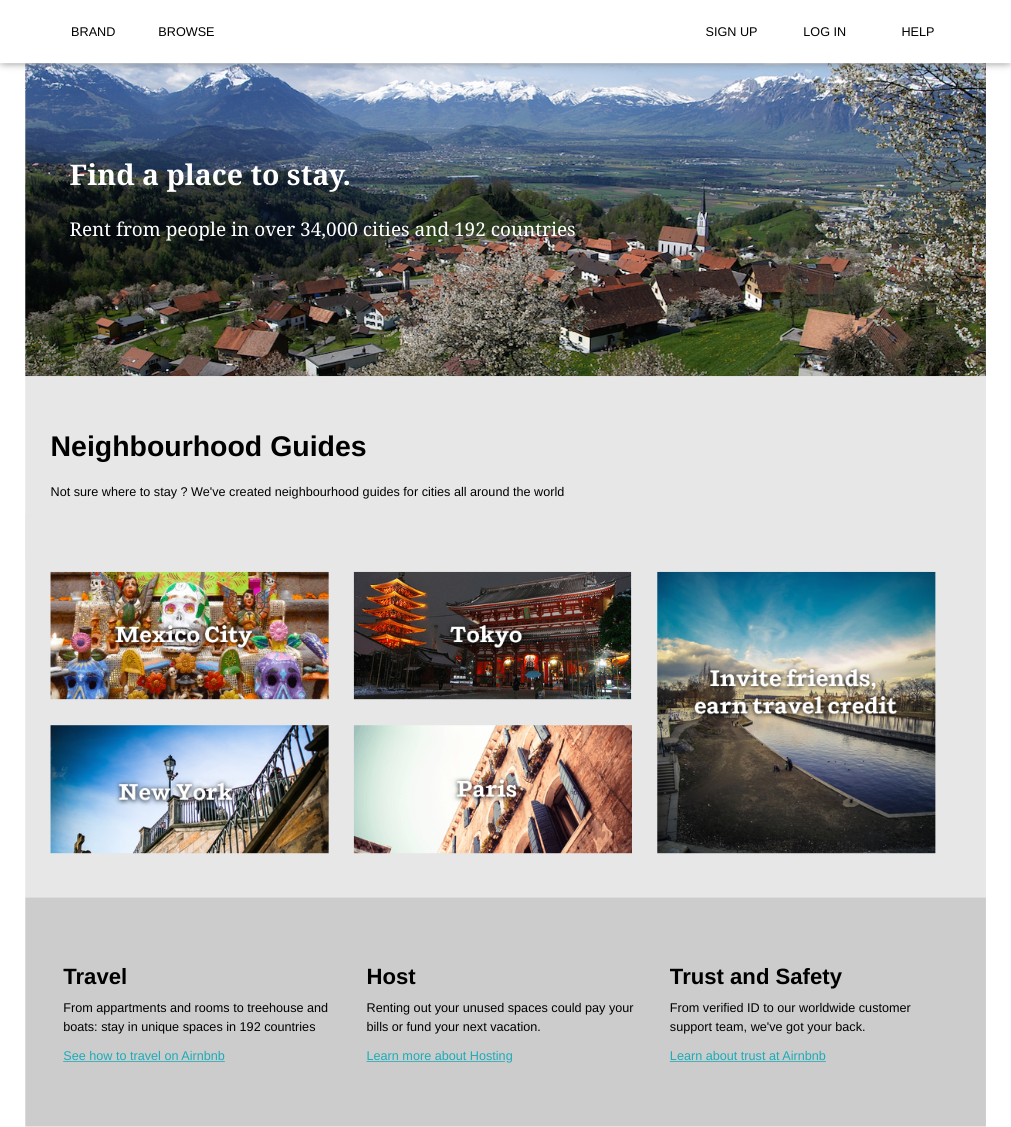
Repository: Naohonproject/web101x02-asm3
Page: Project3.html
The author's editor kept a copy of each file at every save. The page is drawn from the files as they stood at one save, then again after the next save.
The browser window is 1280 px wide. The pictures show the whole page, at 79% of full size.

Above is the page before, as saved 2022-01-22 21:37:44.

### Project3.html
<!-- @format -->

<!DOCTYPE html>
<html lang="en">
	<head>
		<meta charset="UTF-8" />
		<meta http-equiv="X-UA-Compatible" content="IE=edge" />
		<meta name="viewport" content="width=device-width, initial-scale=1.0" />
		<link rel="stylesheet" href="./assets/css/general.css" />
		<link rel="stylesheet" href="./assets/css/mobile.css" />
		<link rel="stylesheet" href="/assets/css/tablet.css" />
		<title>Home</title>
		<link rel="stylesheet" href="./assets/css/desktop.css" />
		<link rel="stylesheet" href="/assets/css/landding.css" />
	</head>
	<body id="web-container">
		<header id="header">
			<div class="header-wrapper">
				<div class="nav-bar">
					<div class="left-col">
						<div class="nav-item ml">
							<a href="#">Brand</a>
						</div>

						<div class="nav-item ml">
							<a href="#">Browse</a>
						</div>
					</div>

					<div class="right-col">
						<div class="nav-item ml">
							<a href="Signup.html" target="_blank">Sign Up</a>
						</div>

						<div class="nav-item ml">
							<a href="login.html" target="_blank">Log In</a>
						</div>

						<div class="nav-item ml mr">
							<a href="#" target="_blank">Help</a>
						</div>
					</div>
				</div>
			</div>
		</header>

		<div id="main" class="p-32">
			<div id="banner">
				<div class="banner-wrapper">
					<div class="content-heading">
						<h1 class="bold-text white-text">Find a place to stay.</h1>
					</div>
					<div class="content-desc">
						<p class="white-text">
							Rent from people in over 34,000 cities and 192 countries
						</p>
					</div>
				</div>
			</div>

			<div id="section">
				<div class="section-wrapper">
					<div class="section-heading">
						<h2 class="bold-text">Neighbourhood Guides</h2>
					</div>
					<div class="section-desc">
						<p>
							Not sure where to stay ? We've created neighbourhood guides for
							cities all around the world
						</p>
					</div>
				</div>
			</div>

			<div id="img-list">
				<div class="img-list-wrapper row">
					<div class="image-block col-tablet-6 col-desktop-4">
						<img
							src="./assets/img/web101x-Mexico City.png"
							alt="Mexico City"
							width="360"
						/>
						<img
							src="./assets/img/web101x-New York.png"
							alt="New York City"
							width="360"
						/>
					</div>
					<div class="image-block col-tablet-6 col-desktop-4">
						<img
							src="./assets/img/web101x-Tokyo.png"
							alt="Tokyo City"
							width="360"
						/>
						<img
							src="./assets/img/web101x-Paris.png"
							alt="Paris City"
							width="360"
						/>
					</div>
					<div class="image-block col-tablet-6 col-desktop-4">
						<img
							src="./assets/img/web101x-Invitation.png"
							alt="Invitation image"
							width="360"
						/>
					</div>
				</div>
			</div>
		</div>

		<footer id="footer" class="p-32">
			<div class="footer-wrapper row">
				<div class="footer-block col-desktop-4">
					<h3 class="bold-text">Travel</h3>
					<p>
						From appartments and rooms to treehouse and boats: stay in unique
						spaces in 192 countries
					</p>
					<a href="#">See how to travel on Airnbnb</a>
				</div>

				<div class="footer-block col-desktop-4">
					<h3 class="bold-text">Host</h3>
					<p>
						Renting out your unused spaces could pay your bills or fund your
						next vacation.
					</p>
					<a href="#">Learn more about Hosting</a>
				</div>

				<div class="footer-block col-desktop-4">
					<h3 class="bold-text">Trust and Safety</h3>
					<p>
						From verified ID to our worldwide customer support team, we've got
						your back.
					</p>
					<a href="#">Learn about trust at Airnbnb</a>
				</div>
			</div>
		</footer>
	</body>
</html>

### assets/css/general.css
/**
 *
 * @format
 */

/* take a step to reset all the element in the webpage to be able to control the size of the all boxes*/

*,
::before,
::after {
	padding: 0;
	margin: 0;
	box-sizing: border-box;
	list-style-type: none;
	text-decoration: none;
	color: #000;
}

/* set common properties of the webpage */
html {
	font-family: "Helvetica Neue", Helvetica, Arial;
	scroll-behavior: smooth;
	overflow: scroll;
}

/* to set color and make all anchor elements to be uppercase*/
.nav-bar a {
	color: #fff;
	text-transform: uppercase;
}

/* to set how the images in the page to be shaked when user's cursor hover over it*/

img:hover {
	animation: shake 0.8s;
	animation-iteration-count: infinite;
}

/* define rule for animation, it's called "shake" animation*/
@keyframes shake {
	0% {
		transform: translate(1px, 1px) rotate(0deg);
	}
	10% {
		transform: translate(-1px, -2px) rotate(-1deg);
	}
	20% {
		transform: translate(-3px, 0px) rotate(1deg);
	}
	30% {
		transform: translate(3px, 2px) rotate(0deg);
	}
	40% {
		transform: translate(1px, -1px) rotate(1deg);
	}
	50% {
		transform: translate(-1px, 2px) rotate(-1deg);
	}
	60% {
		transform: translate(-3px, 1px) rotate(0deg);
	}
	70% {
		transform: translate(3px, 1px) rotate(-1deg);
	}
	80% {
		transform: translate(-1px, -1px) rotate(1deg);
	}
	90% {
		transform: translate(1px, 2px) rotate(0deg);
	}
	100% {
		transform: translate(1px, -2px) rotate(-1deg);
	}
}

/* to set the big and bold text */
.bold-text {
	font-size: 36px;
	font-weight: bold;
}

### assets/css/mobile.css
/** @format */

/* =====Flow the rule: Mobile first */

/* ======start to make web stite with moblile interface */

/* margin left 10 */
.ml {
	margin-left: 10px;
}
/* margin right 10 */
.mr {
	margin-right: 10px;
}

/* defiding the row , that will contains the collunms that will divide the layout into the number of box, flex-direction is used to set the direction of the children to be flexed,flex-wrap tells browser how to react when not enough space to set children in one line*/
.row {
	display: flex;
	flex-direction: row;
	flex-wrap: wrap;
}

/* to set the default children as 100% of parent's width  */
.row > * {
	width: 100%;
	max-width: 100%;
	flex-shrink: 0;
}

/* =====set the mobile grid collunm */
.col-1 {
	width: 8.33%;
}
.col-2 {
	width: 16.66%;
}
.col-3 {
	width: 25%;
}
.col-4 {
	width: 33.33%;
}
.col-5 {
	width: 41.66%;
}
.col-6 {
	width: 50%;
}
.col-7 {
	width: 58.33%;
}
.col-8 {
	width: 66.66%;
}
.col-9 {
	width: 75%;
}
.col-10 {
	width: 83.33%;
}
.col-11 {
	width: 91.66%;
}
.col-12 {
	width: 100%;
}

/* styling header's website that fixed the header on the top of the page, and upper of every layer in the page */
#header {
	width: 100%;
	height: 80px;
	background-color: #60646d;
	background-clip: border-box;
	position: fixed;
	left: 0;
	top: 0;
	z-index: 1;
}

/* styling navigation for the page */
.nav-bar {
	display: flex;
	flex-direction: row;
	flex-wrap: no-wrap;
	align-items: center;
	justify-content: space-evenly;
	padding: 0 20px;
}

/* styling and add the animation for each note in navigation bar */

#header .nav-item {
	width: 80px;
	height: 80px;
	padding: 32px 0;
	text-align: center;
	transition: all 1s;
}

/* defining how the each of navigation item how to react when user's cursor hover over */
#header .nav-item:hover {
	background-color: #f7e999;
	cursor: pointer;
	transform: scale(1.1);
}

/* to define position of navigation's group , this is left group , that has 2 chirdren so, it will grow in 2/5 of available sapce in navigation bar* */
.left-col {
	display: flex;
	flex: 2;
	flex-direction: row;
	justify-content: space-around;
	align-items: center;
}

/* to define position of navigation's group , this is right group, that has 3 chirdren so, it will grow in 3/5 of available sapce in navigation bar*/
.right-col {
	display: flex;
	flex: 3;
	flex-direction: row;
	justify-content: space-around;
	align-items: center;
}

/* because header position is set to fixed ,so that it's floating out of the nomal flow of webpage,then the next one will takes place.We needs to set margin top for the next one(main) to pull them down a distance equal to the height of header to avoid header overlaps it. */

#main {
	margin-top: 80px;
}

/* to set the negative space for the content of the website*/
#main,
#footer {
	padding: 32px;
}

/* styling the banner and set it's position to relative to then be able to set it's children to absolute position*/
#banner {
	width: 100%;
	background-color: #fff;
	color: #000;
	position: relative;
	top: 0;
	left: 0;
}

/* use attribute selector to style the element, this code will take all the element whose owns the class with the content inside of "" within */

div[class*="-heading"] {
	padding-top: 36px;
}

div[class*="-desc"] {
	margin-top: 16px;
}

/* to set margin top for section div to be 42px */
#section {
	margin-top: 42px;
}

#img-list {
	width: 100%;
}

.img-list-wrapper {
	padding: 24px 0;
	margin: 0 auto;
}

/* to set width for all image inside of div with id = "img-list, by default images not fit to their parent's width*/
#img-list img {
	width: 100%;
	margin-top: 56px;
}

/* to define padding for each of footer block*/
.footer-block {
	padding: 24px 0;
}

/* to set padding for all the element that is children of footer block*/

.footer-block > * {
	padding: 16px 0;
}

/* to set the anchor element inside of footer to have color and underline */
#footer a {
	color: #2cc990;
	text-decoration: underline;
}

### assets/css/tablet.css
/**
 * /*
 *
 * @format
 */

/* ========responsive for tablet============== */

@media screen and (min-width: 768px) {
	#header {
		background-color: #60646d;
	}

	.nav-bar {
		padding: 0 28px;
	}

	#header .nav-item {
		width: 80px;
		transition: all 1s;
	}

	#header .nav-item:hover {
		background-color: #27ae60;
		cursor: pointer;
		transform: scale(1.1);
	}

	.left-col {
		justify-content: flex-start;
	}

	.right-col {
		justify-content: flex-end;
	}

	.ml {
		margin-left: 14px;
	}

	.mr {
		margin-right: 14px;
	}

	.img-list-wrapper {
		margin: 0 -24px;
	}

	/* define collumn for the page in case resolution of tablet */

	.col-tablet-1 {
		width: 8.33%;
	}
	.col-tablet-2 {
		width: 16.66%;
	}
	.col-tablet-3 {
		width: 25%;
	}
	.col-tablet-4 {
		width: 33.33%;
	}
	.col-tablet-5 {
		width: 41.66%;
	}
	.col-tablet-6 {
		width: 50%;
		padding: 0 24px;
	}
	.col-tablet-7 {
		width: 58.33%;
	}
	.col-tablet-8 {
		width: 66.66%;
	}
	.col-tablet-9 {
		width: 75%;
	}
	.col-tablet-10 {
		width: 83.33%;
	}
	.col-tablet-11 {
		width: 91.66%;
	}
	.col-tablet-12 {
		width: 100%;
	}

	#footer p {
		padding-top: 0;
	}

	#main {
		padding-bottom: 0;
	}

	#footer {
		padding-top: 0;
		padding-bottom: 0;
	}

	.footer-block {
		margin-top: 32px;
	}

	#banner {
		border-bottom: 1px solid #d4d4d4;
	}

	div[class*="-desc"] {
		padding-bottom: 32px;
	}

	#img-list {
		margin-top: -56px;
	}
}

### assets/css/desktop.css
/**
 * /*
 *
 * @format
 */

/* ========responsive for desktop */

@media screen and (min-width: 992px) {
	#header {
		background-color: #fff;
		box-shadow: 0 0 10px gray;
	}

	#header .nav-item {
		width: 100px;
		transition: all 1s;
	}

	#header .nav-item:hover {
		background-color: #282830;
		cursor: pointer;
		transform: scale(1.1);
	}

	#header .nav-item:hover a {
		color: #fff;
	}

	.nav-bar {
		padding: 0 50px;
	}

	.left-col {
		justify-content: flex-start;
	}

	.right-col {
		justify-content: flex-end;
	}

	.ml {
		margin-left: 18px;
	}

	.mr {
		margin-right: 18px;
	}

	.nav-bar a {
		color: #000;
	}

	/* to define collumn for webpage in case user's resolution is desktop */

	.col-desktop-1 {
		width: 8.33%;
	}
	.col-desktop-2 {
		width: 16.66%;
	}
	.col-desktop-3 {
		width: 25%;
	}
	.col-desktop-4 {
		width: 33.33%;
		padding: 0 16px;
	}
	.col-desktop-5 {
		width: 41.66%;
	}
	.col-desktop-6 {
		width: 50%;
	}
	.col-desktop-7 {
		width: 58.33%;
	}
	.col-desktop-8 {
		width: 66.66%;
	}
	.col-desktop-9 {
		width: 75%;
	}
	.col-desktop-10 {
		width: 83.33%;
	}
	.col-desktop-11 {
		width: 91.66%;
	}
	.col-desktop-12 {
		width: 100%;
	}

	#main {
		margin-top: -32px;
	}

	/* to keep the background image to be orinal scale,that makes background's quality is best,we will not set the height for background of banner(width is 100% by default), we use a trick that is padding-top value will always relates to the width, so in these codes, we set the
	percentage value for padding-top, this will be relative to it's width's value*/

	#banner {
		padding-top: 39.123607%;
		background: url(../img/banner/banner.png) top center / cover no-repeat;
		background-origin: border-box;
		border: none;
	}

	/* set the content inside of banner to be absolute to make them relative to it's parent,the banner */

	.banner-wrapper {
		position: absolute;
		top: 160px;
		left: 56px;
	}

	#banner > * {
		font-family: Georgia, "Times New Roman", Times, serif;
	}

	#banner .content-heading {
		font-size: 28px;
	}

	#banner .content-desc {
		font-size: 24px;
	}

	.white-text {
		color: #fff;
	}

	#section,
	#img-list {
		background-color: #e7e7e7;
		background-clip: border-box;
	}

	#section {
		margin-top: 0;
	}

	/* to set the height of the img-list item to be equal to it's tallest child*/

	#img-list .img-list-wrapper {
		margin-left: -16px;
		margin-right: -16px;
		display: flex;
		width: 100%;
		height: auto;
		align-items: stretch;
	}

	/* to set each img-block to be flex and it flex to collumn direction and it's children will be in place of  top and bottom */
	.image-block {
		display: flex;
		flex-direction: column;
		justify-content: space-between;
	}

	#img-list img {
		width: 100%;
		margin-top: 16px;
	}

	#section,
	#img-list {
		padding: 32px;
		height: auto;
	}

	.footer-wrapper {
		padding: 40px 32px 80px 32px;
		background-color: #ccc;
	}

	#footer h3 {
		font-size: 28px;
	}

	#footer h3,
	p,
	a {
		padding: 12px 0px;
	}

	#footer p {
		line-height: 24px;
	}
	#footer a {
		color: #1dabb8;
	}
}

### assets/css/landding.css
/** @format */

.container {
	background-color: #f0f2f5;
	height: 100vh;
	margin: 0;
}
.form-wrapper {
	width: 500px;
	margin: 0 auto;
	text-align: center;
	position: relative;
	top: 200px;
	background-color: #f6f7f2;
	border-radius: 8px;
	padding: 10px 0px 24px;
}

.form .logo {
	padding: 20px 40px;
	margin-bottom: 16px;
}
.form .input {
	padding: 8px 24px;
	margin-bottom: 24px;
}

.form .user-input {
	padding: 18px 72px;
}

.form .user-input label {
	display: inline-block;
	float: left;
}

.form .user-input input {
	display: inline-block;
	float: right;
}

.btn-block .btn {
	padding: 5px 0;
	margin-bottom: 8px;
	position: relative;
}

.btn-block .btn button {
	font-size: 20px;
	display: inline-block;
	width: 400px;
	height: 36px;
	background-color: #1877f2;
	border-radius: 8px;
	border: solid 1px #ccc;
}

.btn-block a {
	font-size: 12px;
}

.btn-block .forgotten {
	margin-bottom: 40px;
	border-bottom: 1px solid #ccc;
	padding-bottom: 16px;
}

.btn-block .Create-acc {
	background-color: #92f22a;
	background-clip: padding-box;
	padding: 10px 56px;
	border-radius: 8px;
	margin-bottom: 40px;
}

After the next save:
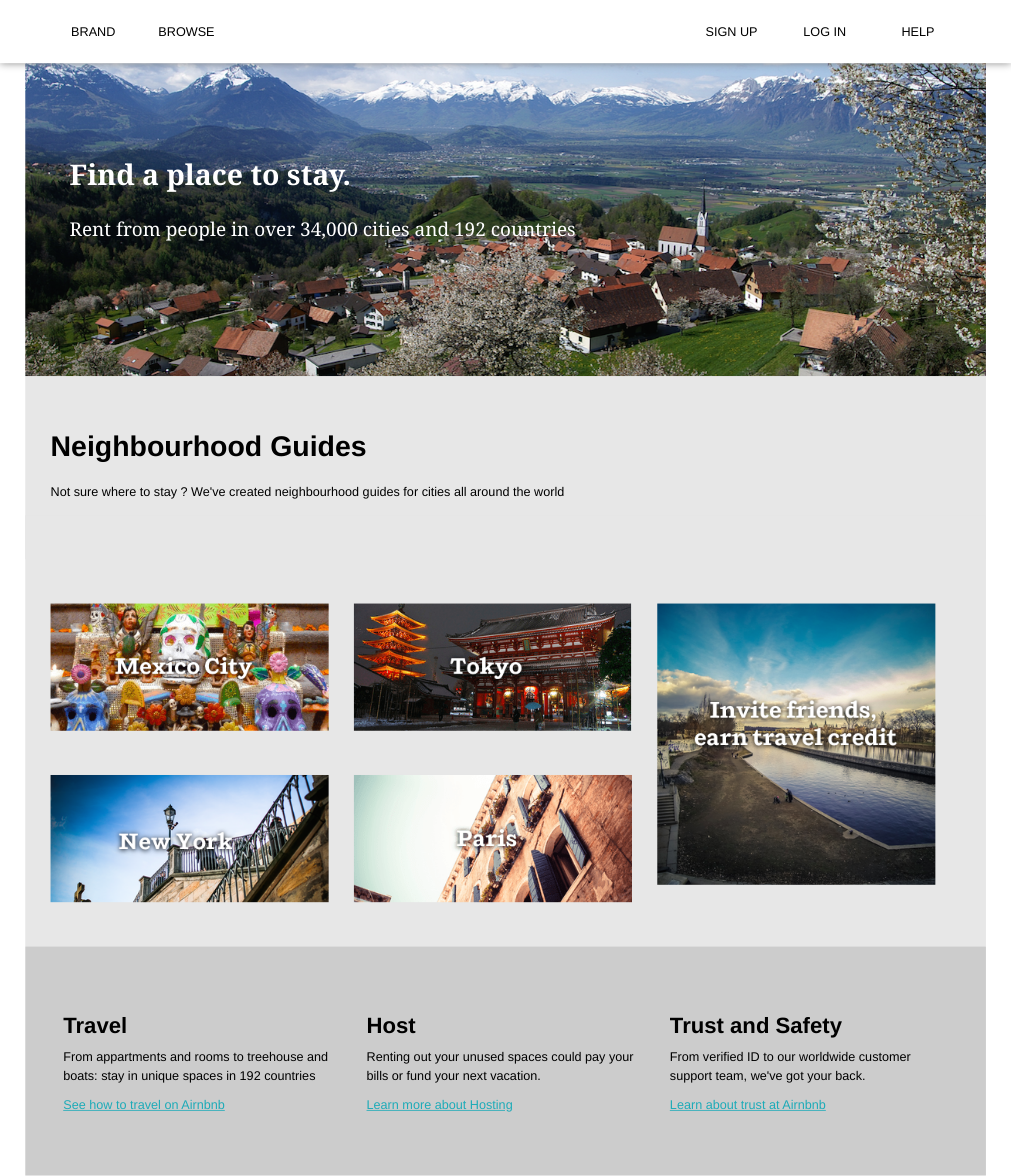
Saved 96 s later.
--- a/assets/css/desktop.css
+++ b/assets/css/desktop.css
@@ -159,7 +159,7 @@
 
 	#img-list img {
 		width: 100%;
-		margin-top: 16px;
+		/* margin-top: 16px; */
 	}
 
 	#section,

After the save that followed:
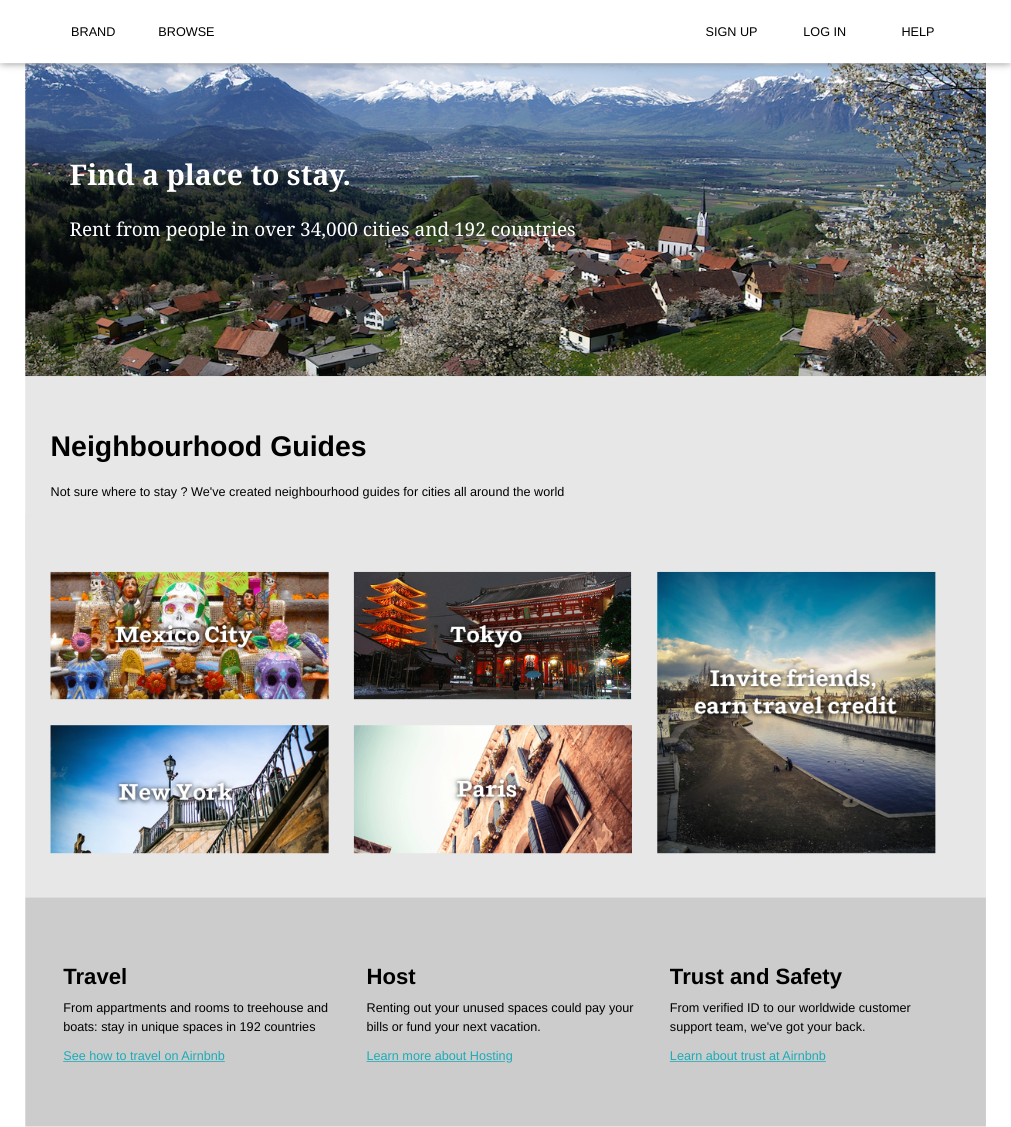
Saved 51 s later.
--- a/assets/css/desktop.css
+++ b/assets/css/desktop.css
@@ -159,7 +159,7 @@
 
 	#img-list img {
 		width: 100%;
-		/* margin-top: 16px; */
+		margin-top: 16px;
 	}
 
 	#section,
